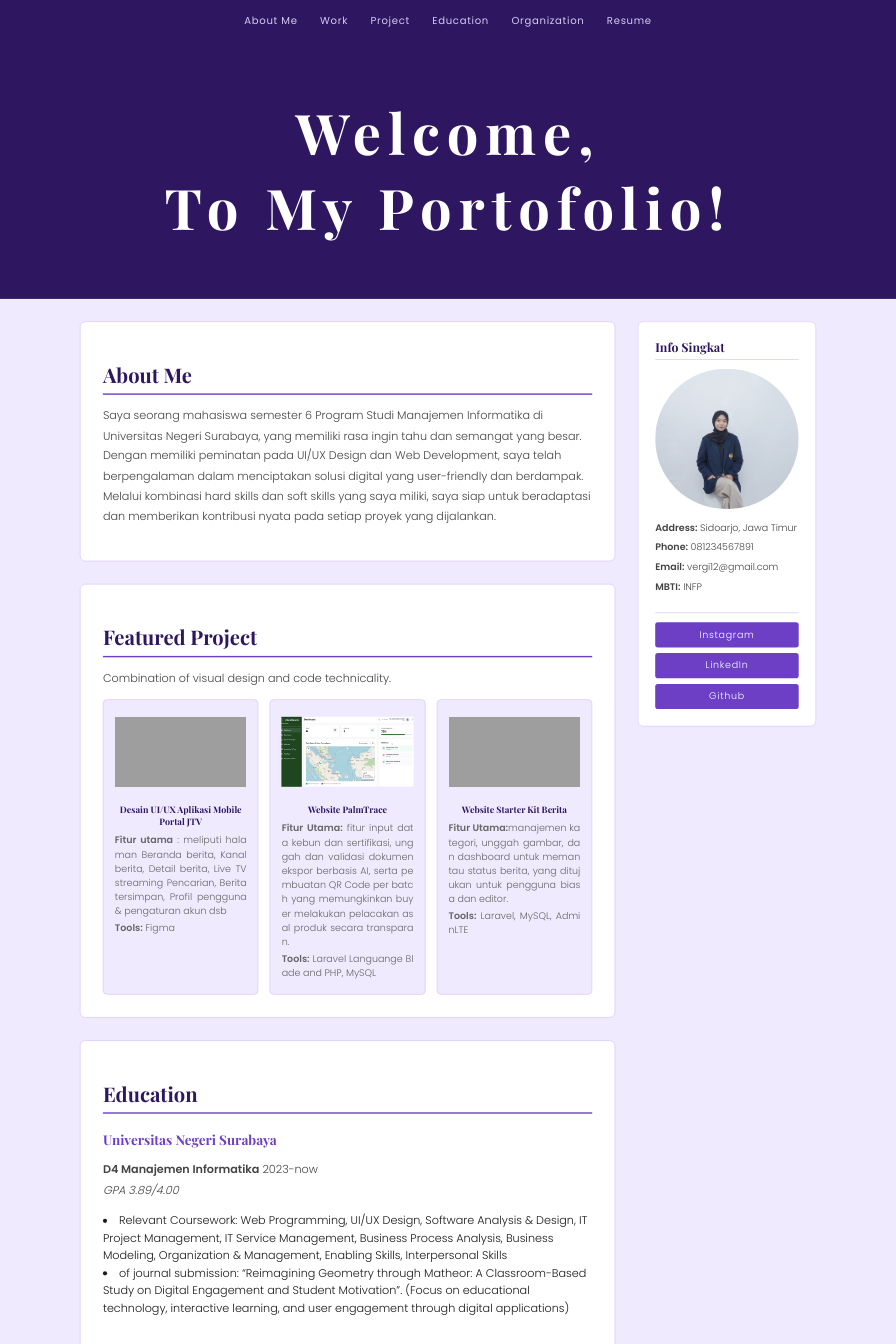
Repository: VergiMutiaRahmasyani/Website-Portofolio
Page: index.html
The author's editor kept a copy of each file at every save. The page is drawn from the files as they stood at one save, then again after the next save.
The browser window is 1280 px wide. The pictures show the part of the page from y = 0 to 1920 px (the page is 2877 px tall), at 70% of full size.
Pictures or frames that could not be fetched are drawn as grey boxes.

Above is the page before, as saved 2026-03-07 14:48:25.

After the next save:
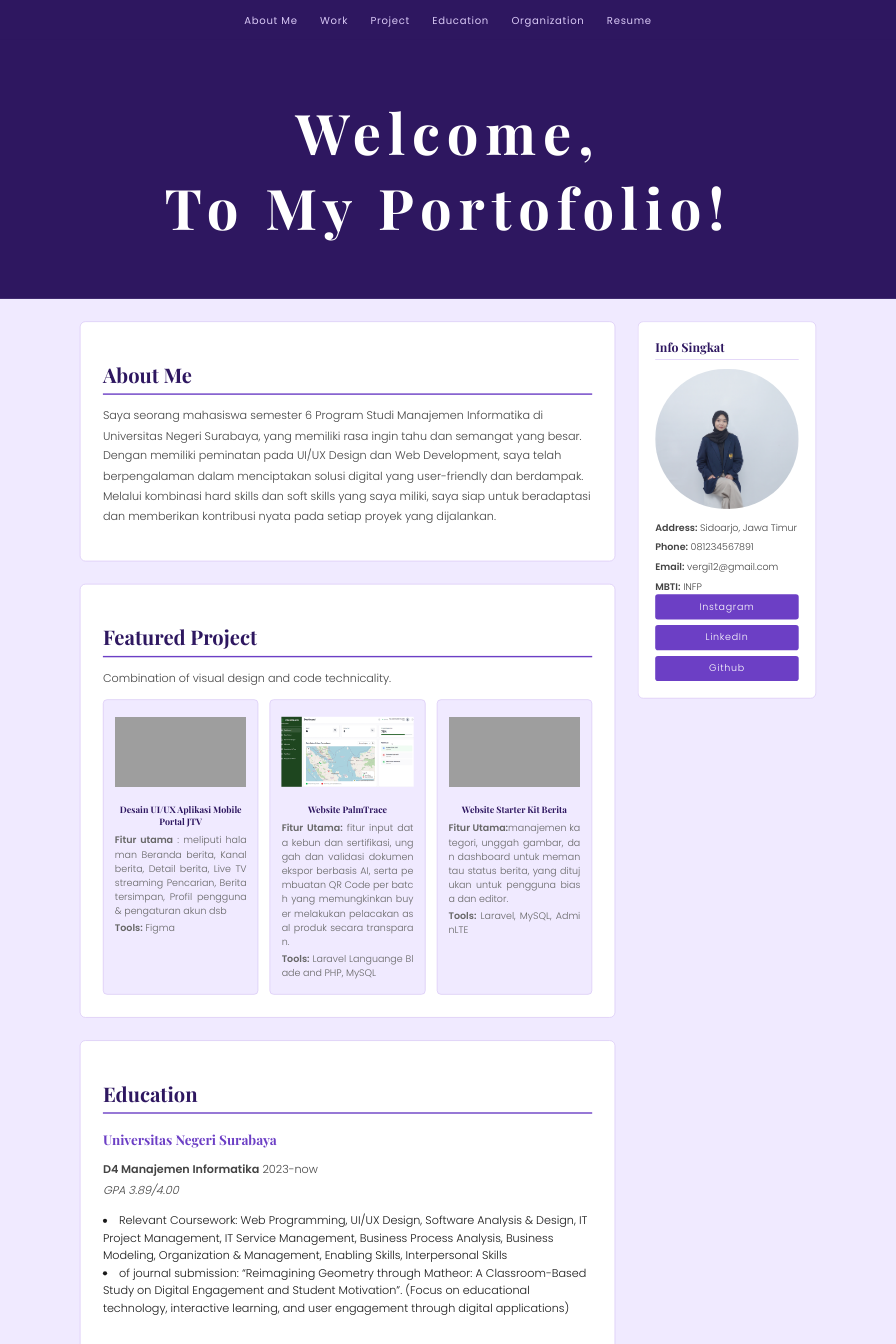
Saved 10 s later.
--- a/index.html
+++ b/index.html
@@ -149,8 +149,6 @@
                             <li><strong>Email:</strong> vergi12@gmail.com</li>
                             <li><strong>MBTI:</strong> INFP</li>
                         </ul>
-
-                        <h3></h3>
                         <ul class="aside-social">
                             <li><a href="https://www.instagram.com/yg_treasure_official/" target="_blank">Instagram</a></li>
                             <li><a href="https://www.youtube.com/@TREASURE" target="_blank">LinkedIn</a></li>
